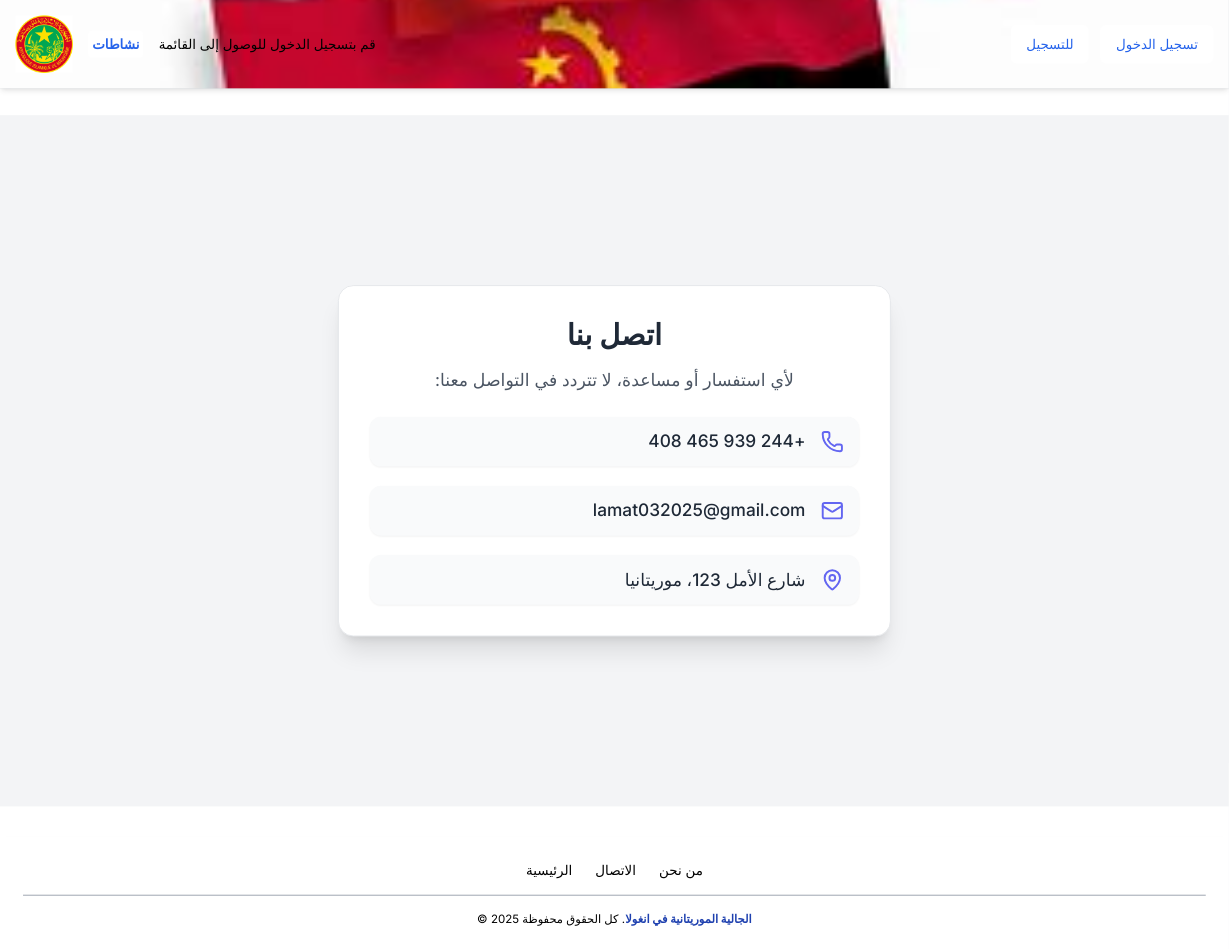
Repository: lamatmed/cmra
Page: /contact
An editor plug-in stored every save of this project. The page is shown before and after the next save, followed by the edit.
The browser window is 1280 px wide. The pictures show the whole page, at 96% of full size.
The project was rebuilt for these pictures with package versions that can differ from the ones it lists, and the page was loaded fresh each time. The framework's server and built-in components were replaced by stand-ins that run in the browser. Also part of the build but not shown: next.config.js, components/ui/dropdown-menu.tsx.

Above is the page before, as saved 2025-04-14 09:59:51.

After the next save:
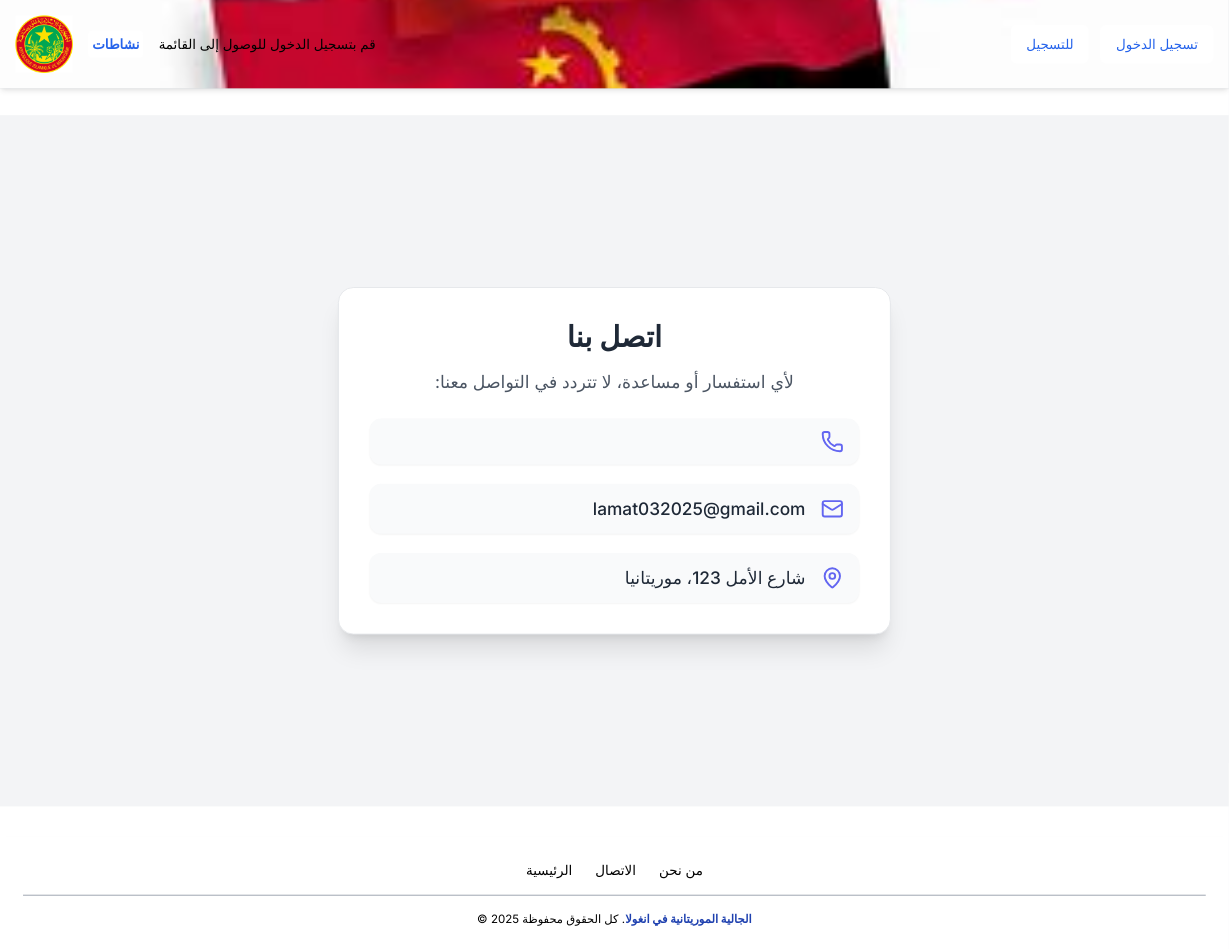
Saved 112 s later.
--- a/app/contact/page.tsx
+++ b/app/contact/page.tsx
@@ -43,7 +43,7 @@
             <div className="flex items-center gap-4 bg-gray-50 px-4 py-3 rounded-xl shadow-sm">
               <Phone className="w-6 h-6 text-indigo-500" />
               <span className="text-gray-800 text-base sm:text-lg font-medium">
-                +244 939 465 408
+
               </span>
             </div>
 
